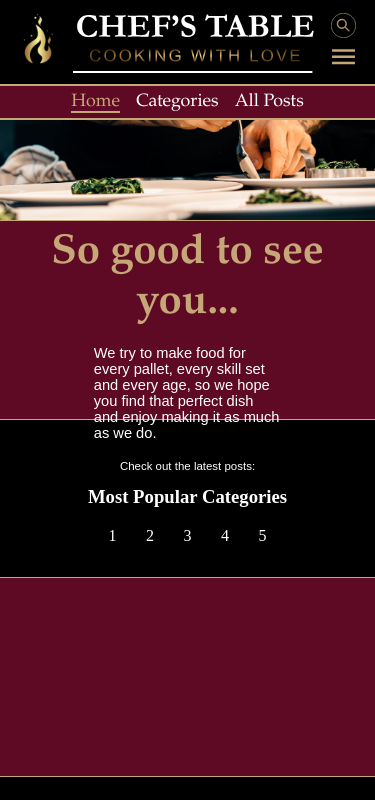
Repository: Noroff-FEU-Assignments/project-exam-1-runeunhjem
Page: index.html
The author's editor kept a copy of each file at every save. The page is drawn from the files as they stood at one save, then again after the next save.
The browser window is 375 px wide. The pictures show the whole page.
The page's requests for data from a server got no answer.

Above is the page before, as saved 2023-05-01 14:19:30.

After the next save:
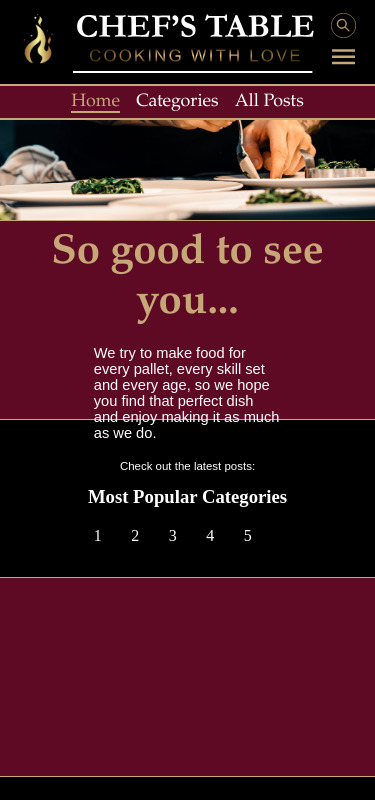
Saved 2 s later.
--- a/css/styles.css
+++ b/css/styles.css
@@ -285,6 +285,7 @@
 
 .category {
   display: flex;
+  flex-direction: column;
   justify-content: center;
   width: 10vw;
 }
@@ -321,4 +322,4 @@
     background-image: url(../images/hero-image.png);
     height: 100px;
   }
-}/*# sourceMappingURL=styles_20230501141930.css.map */
+}/*# sourceMappingURL=styles_20230501141932.css.map */

After the 2 saves that followed:
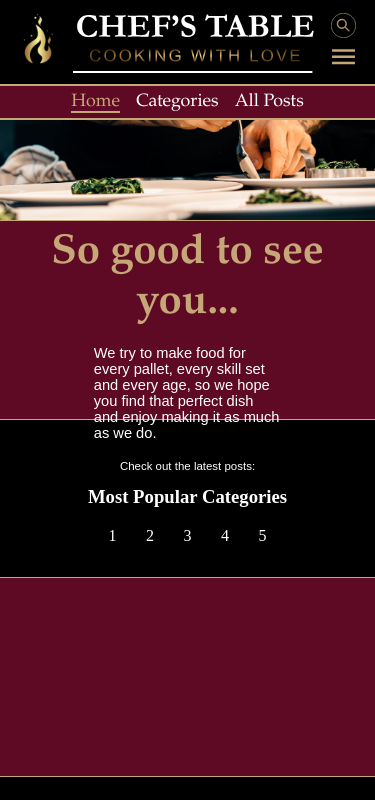
The 2 saves are shown as one change because 1 left the picture as it was.
The last was saved 5 s later.
--- a/css/styles.css
+++ b/css/styles.css
@@ -287,6 +287,7 @@
   display: flex;
   flex-direction: column;
   justify-content: center;
+  align-items: center;
   width: 10vw;
 }
 
@@ -322,4 +323,4 @@
     background-image: url(../images/hero-image.png);
     height: 100px;
   }
-}/*# sourceMappingURL=styles_20230501141932.css.map */
+}/*# sourceMappingURL=styles_20230501141937.css.map */
